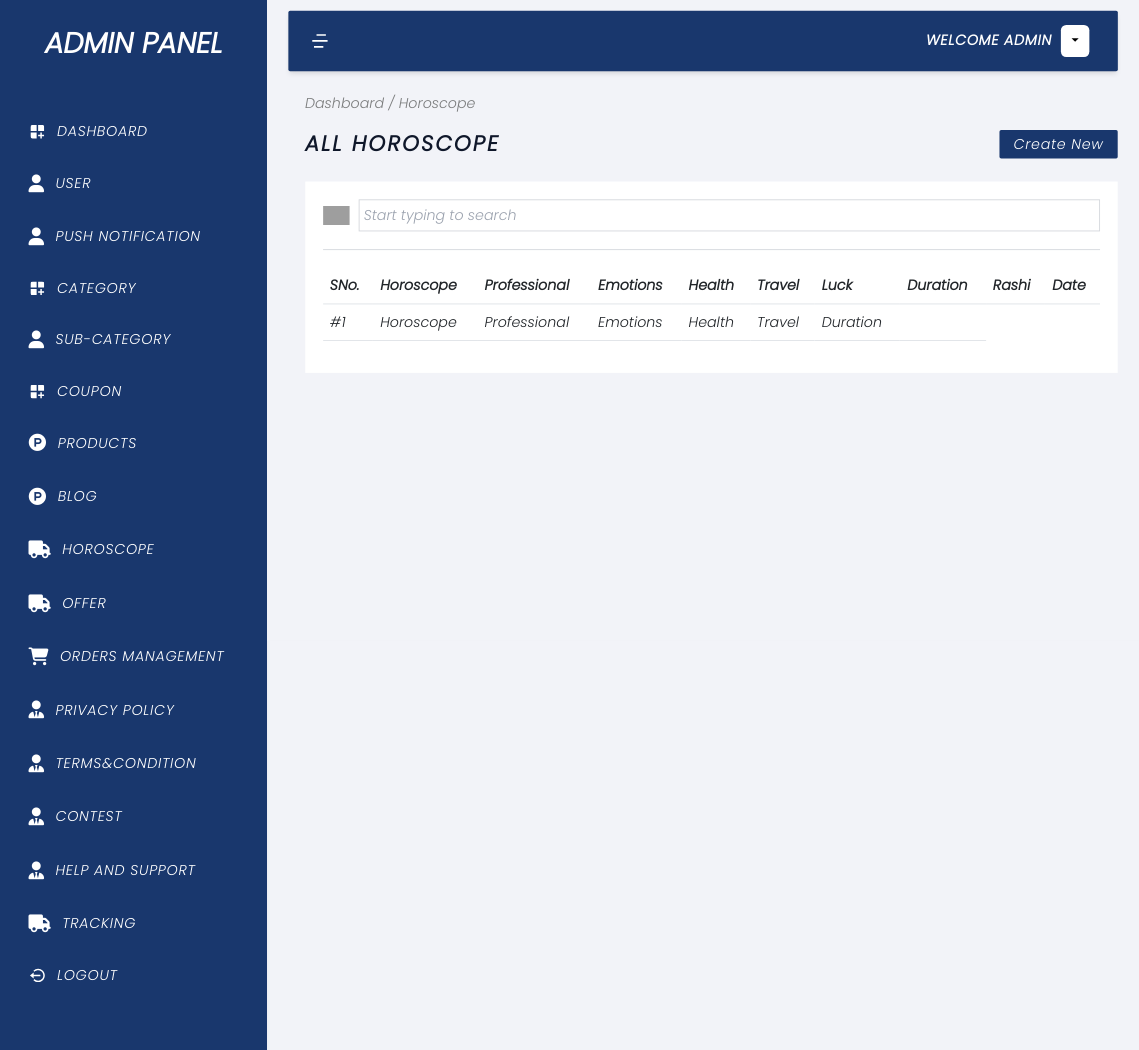
Repository: arpanmalik/project-khanna
Page: /VendorList
These files come from the project's save history. The page is drawn as it stood at one moment and after a run of saves; the edit follows.
The browser window is 1280 px wide. The pictures show the whole page, at 89% of full size.
Pictures or frames that could not be fetched are drawn as grey boxes. The page's requests for data from a server got no answer. Some web libraries are served in a nearby version. The project was rebuilt for these pictures with package versions that can differ from the ones it lists, and the page was loaded fresh each time. No one was signed in, and anything a server would have sent is missing. Also part of the build but not shown: src/E-CommerceAdmin/forms/Login.jsx, src/E-CommerceAdmin/pages/Dashboard.jsx, src/E-CommerceAdmin/pages/ECategory.js, src/E-CommerceAdmin/pages/EProduct.js, src/E-CommerceAdmin/pages/EAdminOrders.js, src/E-CommerceAdmin/pages/EAdminProduct.js, src/E-CommerceAdmin/pages/EAdminDelivery.js, src/E-CommerceAdmin/pages/EAdminCustomer.js and 11 more.

Above is the page before, as saved 2023-05-16 17:30:49.

After the next 4 saves:
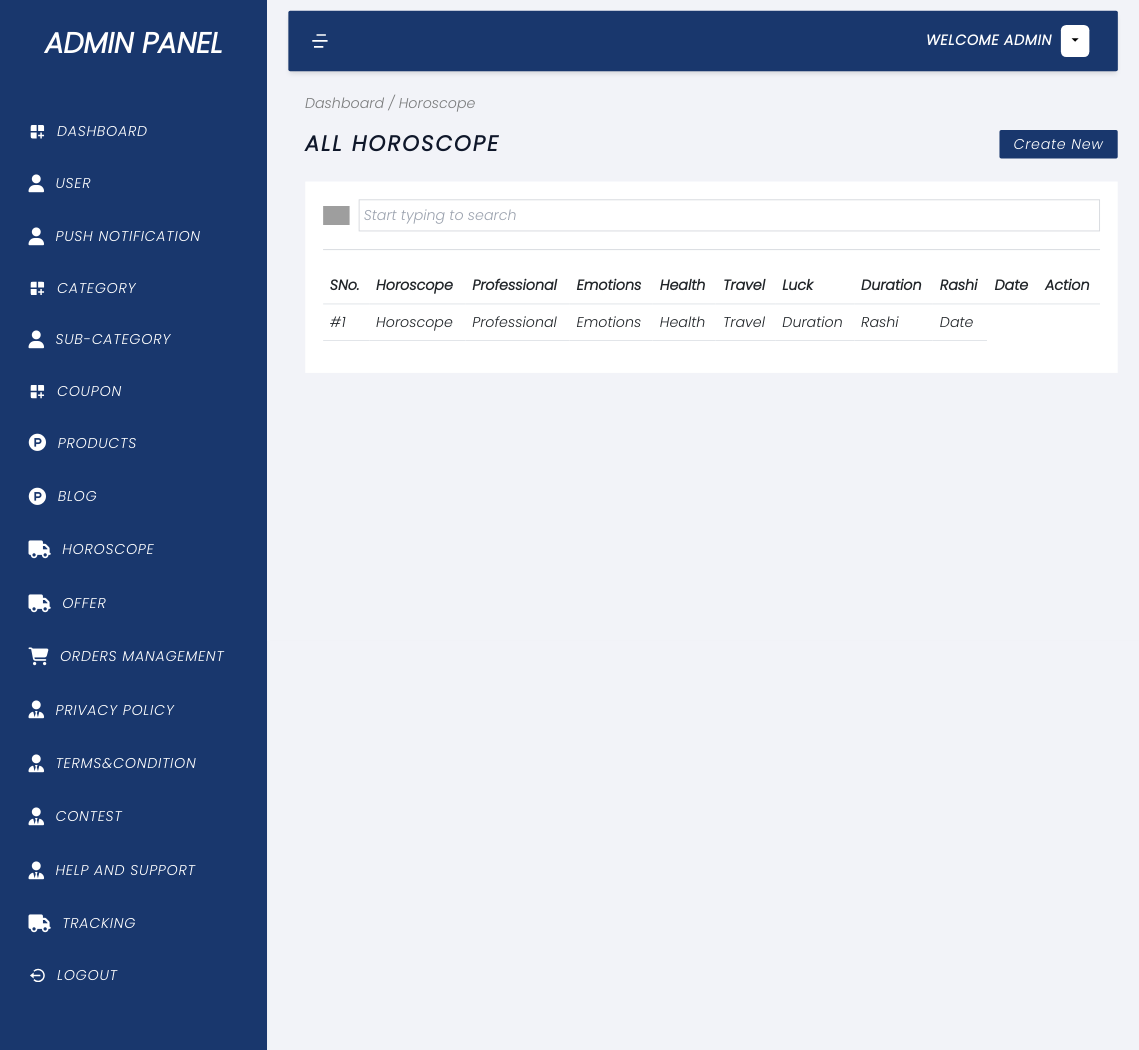
The 4 saves are shown as one change because they came seconds apart.
The last was saved 12 s later.
--- a/src/E-CommerceAdmin/pages/EVendorList.js
+++ b/src/E-CommerceAdmin/pages/EVendorList.js
@@ -238,6 +238,7 @@ const EVendorList = () => {
                     <th>Duration</th>
                     <th>Rashi</th>
                     <th>Date</th>
+                    <th>Action</th>
                   </tr>
                 </thead>
                 <tbody>
@@ -249,7 +250,8 @@ const EVendorList = () => {
               <td> Health </td>
               <td> Travel </td>
               <td> Duration </td>
-              <td>  </td>
+              <td>Rashi  </td>
+              <td>Date  </td>
              </tr>
                 </tbody>
               </Table>
